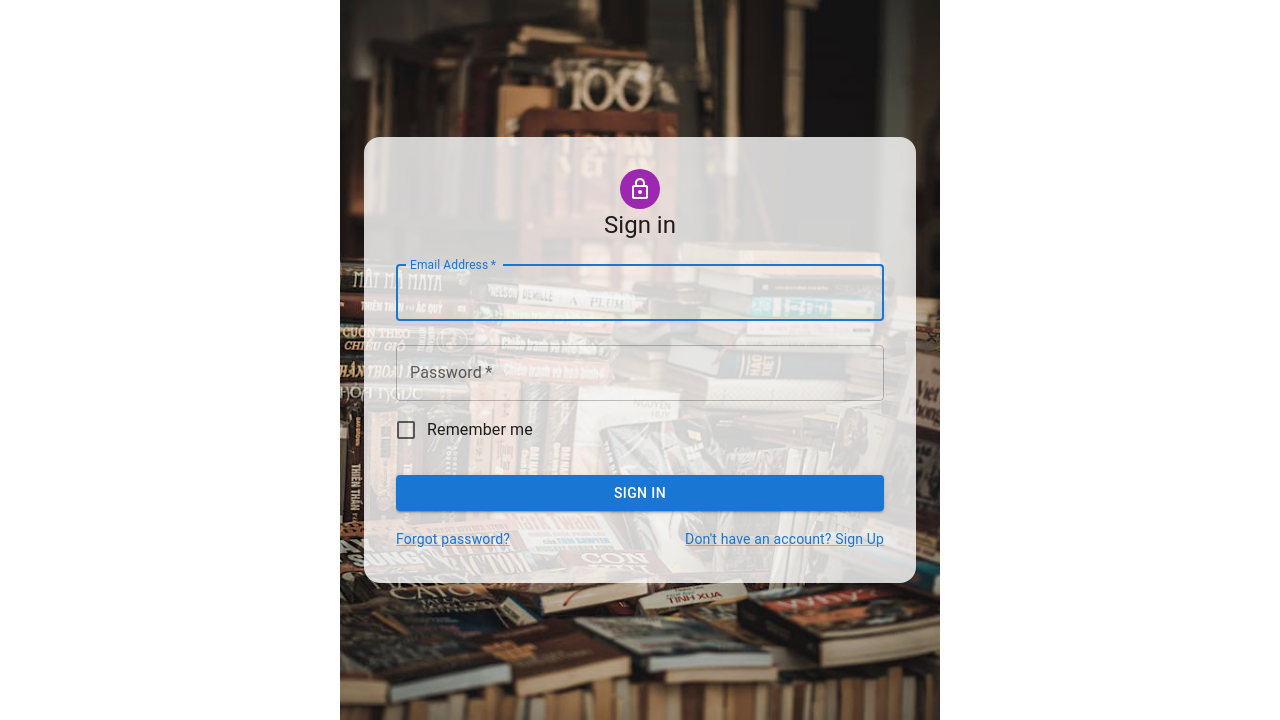
Repository: Milith97/Book-Borrowing-System
Page: /
These files come from the project's save history. The page is drawn as it stood at one moment and after the next save; the edit follows.
The browser window is 1280 px wide. The pictures show the whole page.
The project was rebuilt for these pictures with package versions that can differ from the ones it lists, and the page was loaded fresh each time. Also part of the build but not shown: vite.config.js, src/Componnts/SignUp.jsx, src/index.css.

Above is the page before, as saved 2024-03-25 13:45:22.

### src/App.jsx
import React from 'react';
import { BrowserRouter as Router, Route, Routes, Navigate } from 'react-router-dom';
import SignIn from './Componnts/SignIn';
import SignUp from './Componnts/SignUp';

function App() {
  return (
    <Router>
      <Routes>
        <Route path="/" element={<Navigate replace to="/signin" />} />
        <Route path="/signin" element={<SignIn />} />
        <Route path="/signup" element={<SignUp />} />
        {/* Redirects any other path to /signin */}
        <Route path="*" element={<Navigate replace to="/signin" />} />
      </Routes>
    </Router>
  );
}

export default App;

### src/Componnts/SignIn.jsx
import React from 'react';
import { Link as RouterLink } from 'react-router-dom';
import Avatar from '@mui/material/Avatar';
import Button from '@mui/material/Button';
import CssBaseline from '@mui/material/CssBaseline';
import TextField from '@mui/material/TextField';
import FormControlLabel from '@mui/material/FormControlLabel';
import Checkbox from '@mui/material/Checkbox';
import Link from '@mui/material/Link';
import Grid from '@mui/material/Grid';
import Box from '@mui/material/Box';
import LockOutlinedIcon from '@mui/icons-material/LockOutlined';
import Typography from '@mui/material/Typography';
import Container from '@mui/material/Container';
import { createTheme, ThemeProvider } from '@mui/material/styles';

// Import your image
import signInImage from '../assets/img/signin.jpg';

const defaultTheme = createTheme();

export default function SignIn() {
  return (
    <ThemeProvider theme={defaultTheme}>
      <Container
        component="main"
        maxWidth="sm"
        sx={{
          backgroundImage: `url(${signInImage})`,
          backgroundSize: 'cover',
          backgroundPosition: 'center',
          minHeight: '100vh',

          display: 'flex',
          alignItems: 'center',
          justifyContent: 'center',
        }}
      >
        <CssBaseline />
        <Box sx={{ bgcolor: 'rgba(255, 255, 255, 0.8)', p: 4, borderRadius: 4, minWidth: 300 }}>
          <Avatar sx={{ m: 1, bgcolor: 'secondary.main', margin: 'auto' }}>
            <LockOutlinedIcon />
          </Avatar>
          <Typography component="h1" variant="h5" align="center">
            Sign in
          </Typography>
          <Box component="form" noValidate sx={{ mt: 1 }}>
            <TextField
              margin="normal"
              required
              fullWidth
              id="email"
              label="Email Address"
              name="email"
              autoComplete="email"
              autoFocus
            />
            <TextField
              margin="normal"
              required
              fullWidth
              name="password"
              label="Password"
              type="password"
              id="password"
              autoComplete="current-password"
            />
            <FormControlLabel
              control={<Checkbox value="remember" color="primary" />}
              label="Remember me"
            />
            <Button
              type="submit"
              fullWidth
              variant="contained"
              sx={{ mt: 3, mb: 2 }}
            >
              Sign In
            </Button>
            <Grid container>
              <Grid item xs>
                <Link component={RouterLink} to="#" variant="body2">
                  Forgot password?
                </Link>
              </Grid>
              <Grid item>
                <Link component={RouterLink} to="/signup" variant="body2">
                  {"Don't have an account? Sign Up"}
                </Link>
              </Grid>
            </Grid>
          </Box>
        </Box>
      </Container>
    </ThemeProvider>
  );
}

Loaded but not shown: index.html (common file); src/main.jsx (common file)

After the next save:
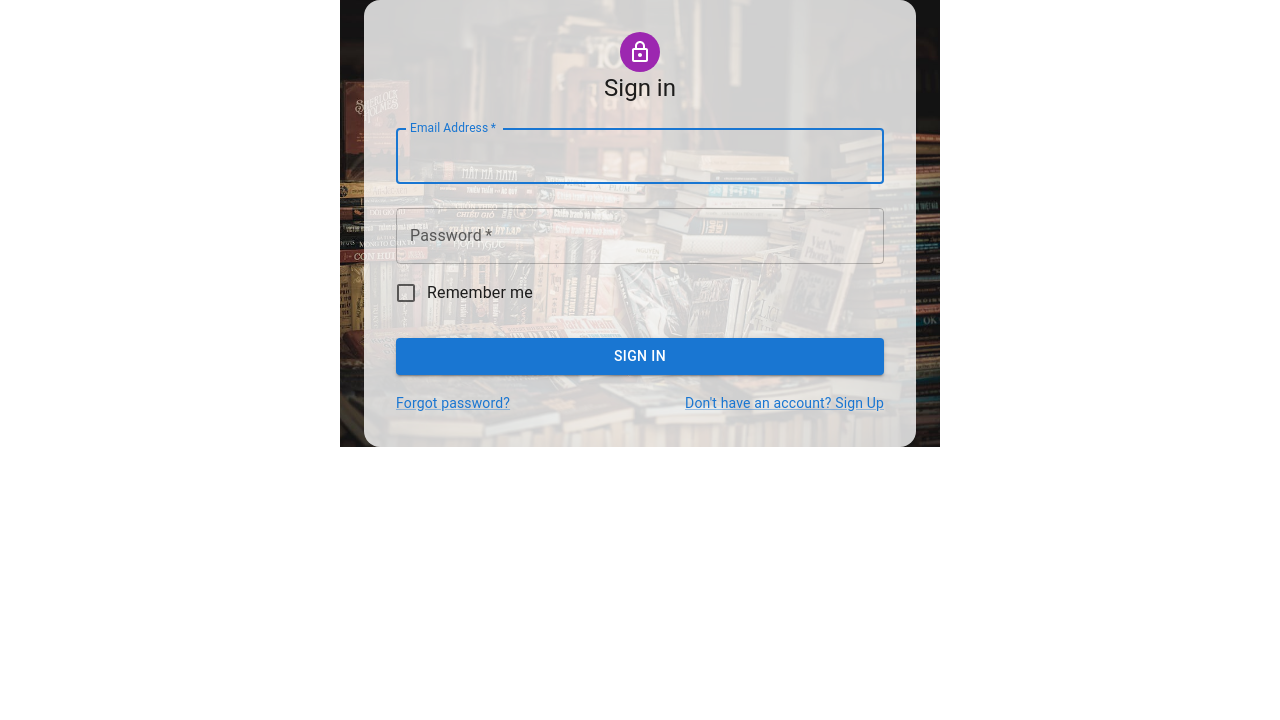
Saved 16 s later.
--- a/src/Componnts/SignIn.jsx
+++ b/src/Componnts/SignIn.jsx
@@ -29,7 +29,7 @@
           backgroundImage: `url(${signInImage})`,
           backgroundSize: 'cover',
           backgroundPosition: 'center',
-          minHeight: '100vh',
+          minHeight: '60vh',
 
           display: 'flex',
           alignItems: 'center',

After the save that followed:
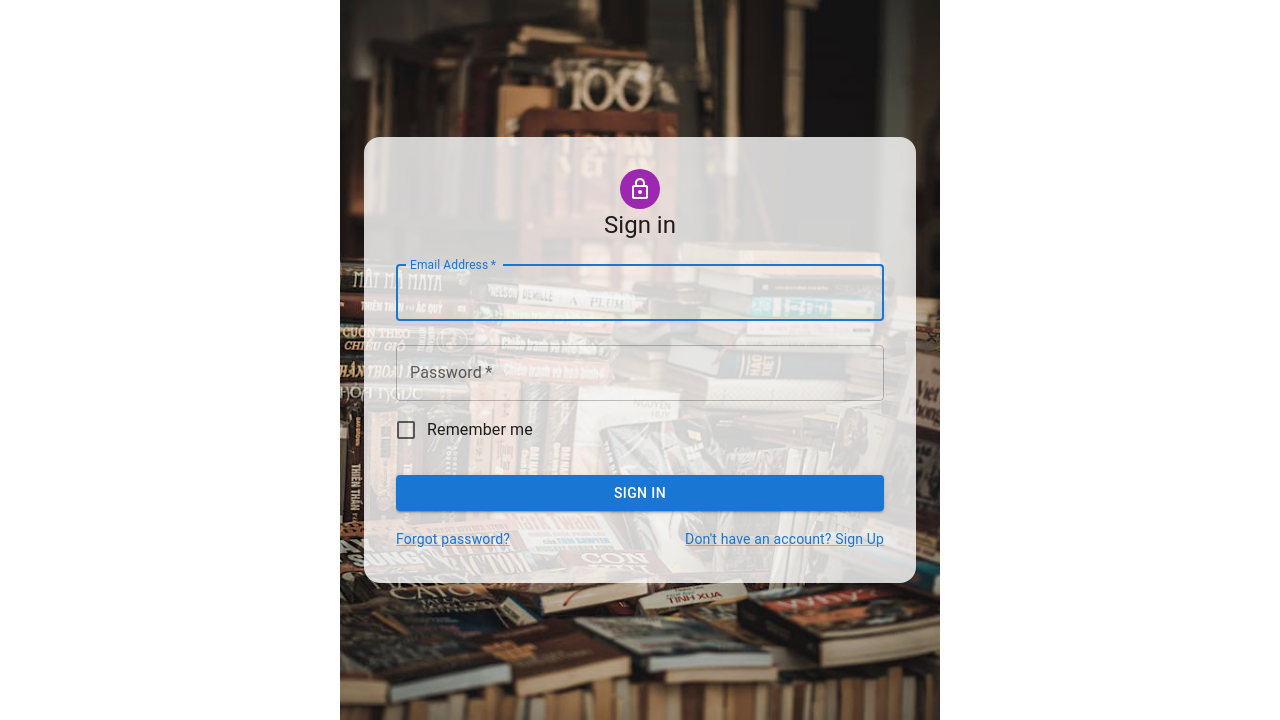
Saved 10 s later.
--- a/src/Componnts/SignIn.jsx
+++ b/src/Componnts/SignIn.jsx
@@ -29,7 +29,7 @@
           backgroundImage: `url(${signInImage})`,
           backgroundSize: 'cover',
           backgroundPosition: 'center',
-          minHeight: '60vh',
+          minHeight: '100vh',
 
           display: 'flex',
           alignItems: 'center',
